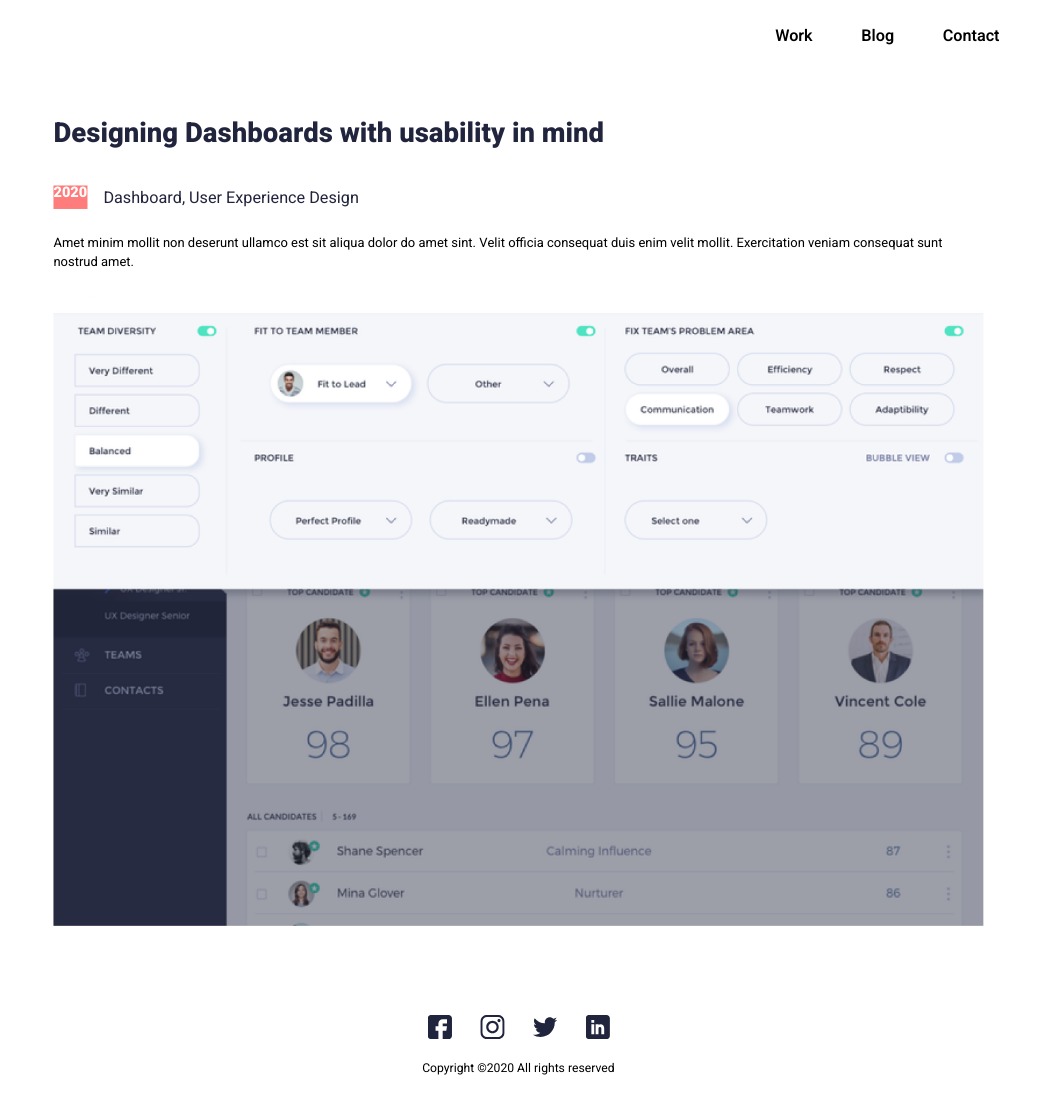
Repository: sharma171/portfolio
Page: /detailed
An editor plug-in stored every save of this project. The page is shown before and after the next save, followed by the edit.
The browser window is 1280 px wide. The pictures show the whole page, at 81% of full size.
The project was rebuilt for these pictures with package versions that can differ from the ones it lists, and the page was loaded fresh each time. The framework's server and built-in components were replaced by stand-ins that run in the browser. Also part of the build but not shown: next.config.mjs.

Above is the page before, as saved 2024-06-02 17:56:12.

### src/app/layout.js

import "./globals.css";


export const metadata = {
  title: "Portfolio Website",
  description: "Blogging and projects site",
};

export default function RootLayout({ children }) {
  return (
    <html lang="en">
      <body>{children}</body>
    </html>
  );
}

### src/app/detailed/layout.jsx
import "../../app/globals.css";

export const metadata = {
    title: "Portfolio Website",
    description: "Blogging and projects site",
};

export default function RootLayout({ children}) {
    return (
        <html lang="en">
            <body>
                {children}
            </body>
        </html>
    );
}

### src/app/detailed/page.jsx
import React from "react";
import Image from "next/image";
import "../page.css"
import Header from "../../components/Header"
import Footer from "../../components/Footer"
import Featured1 from "../../../public/work/detailedOne.png";

export default function DetailPage() {
    return (
        <>
        <Header />
        <section className="detailed">
            <div className="container">
                <div className="detailed-inner">
                    <h1 className="main-heading">
                    Designing Dashboards with usability in mind
                    </h1>
                    <div className="det-row">
                        <span className="date">2020</span>
                        <span className="topic">Dashboard, User Experience Design</span>
                    </div>
                    <h2 className="subheading">
                        Amet minim mollit non deserunt ullamco est sit aliqua dolor do amet sint. Velit officia consequat duis enim velit mollit. Exercitation veniam consequat sunt nostrud amet.
                    </h2>
                    <Image src={Featured1} alt="featured" className="full-w-thumb" />
                    <h1></h1>
                </div>
            </div>
        </section>
        <Footer />
        </>
    );
}

### src/app/globals.css
@import url('https://fonts.googleapis.com/css2?family=Heebo:wght@100..900&display=swap');

:root {
  --max-width: 1180px;
  --border-radius: 12px;
  --font-mono: ui-monospace, Menlo, Monaco, "Cascadia Mono", "Segoe UI Mono",
    "Roboto Mono", "Oxygen Mono", "Ubuntu Monospace", "Source Code Pro",
    "Fira Mono", "Droid Sans Mono", "Courier New", monospace;
  --main-font: "Heebo", sans-serif;
  --weight--300: 300;
  --weight--400: 400;
  --weight--500: 500;
  --weight--600: 600;
  --weight--700: 700;
  --weight--800: 800;
  --weight--900: 900;
  --hero-button: #FF6464;
  --text-color: #21243D;
}

* {
  box-sizing: border-box;
  padding: 0;
  margin: 0;
}

html,
body {
  max-width: 100vw;
  overflow-x: hidden;
  font-family: var(--main-font);
}

a {
  color: inherit;
  text-decoration: none;
}
.container {
  max-width: var(--max-width);
  margin: 0 auto;
  padding: 0 1rem;
}
header {
  background: #fff;
}
header .header-logo {
  width: 1rem;
  height: auto;
}
.nav {
  display: flex;
  flex-direction: row;
  justify-content:space-between;
  max-width: 1280px;
  margin: 0 auto;
  padding: 0 1rem;
}
.navMenu {
  display: flex;
  flex-direction: row;
  align-items: center;
}
.navMenu .navLink {
  font-size: 1.25rem;
  font-weight: var(--weight--600);
  color: var(--primary-color);
  margin: 30px;
}
/* ------------------------ Footer ---------------------------------------- */
footer {
  background: #fff;
  padding: 50px 0;
}

footer .footer-inner {
  display: flex;
  flex-direction: column;
  justify-content: center;
  align-items: center;
  gap: 18px;
}
footer .social-row {
  display: flex;
  flex-direction: row;
  justify-content: space-between;
  align-items: center;
  gap: 35px;
}
footer .social-row .social .social-img {
  width: 30px;
  image: 30px;
}
footer .footer-inner .copyright {
  font-size: 15px;
}

### src/app/page.css
.main {
  display: flex;
  flex-direction: column;
  min-height: 100vh;
}
/* ----------------- hero section ----------------- */
.hero .hero-row {
  display: flex;
  flex-direction: row;
}
.hero .hero-lhs {
  width: 70%;
}
.hero .hero-lhs .hero-cta {
  display: flex;
  flex-direction: column;
  gap: 40px;
  margin-top: 140px;
  margin-bottom: 70px;
}
.hero .hero-lhs .hero-cta .main-head {
  font-size: 44px;
  line-height: 3.75rem;
  font-weight: 700;
}
.hero .hero-lhs .hero-cta .sub-head {
  font-size: 16px;
  line-height: 1.5rem;
  font-weight: 400;
  max-width: 500px;
}
.hero .hero-lhs .hero-cta .cta-button {
  padding: 14px 20px;
  font-size: 1.15rem;
  line-height: 19px;
  font-weight: 500;
  font-family: "Heebo", sans-serif;
  margin-right: auto;
  background: var(--hero-button);
  color: #fff;
  border: none;
}
.hero .hero-rhs {
  width: 30%;
  display: flex;
  justify-content: flex-start;
  align-items: center;
}
.hero .hero-rhs .hero-img {
  position: relative;
}
.hero .hero-rhs .hero-img .image {
  width: 283px;
  height: 283px;
  z-index: 1;

}
.hero .hero-rhs .hero-img::after {
  content: "";
  position: absolute;
  top: 13px;
  left: -5px;
  width: 283px;
  height: 283px;
  background: #EDF7FA;
  z-index: -1;
  border-radius: 300px;
}

/* -------------------------  Home Blog Section --------------------------------------- */

.home-blog {
  background: #EDF7FA;
}
.home-blog .blog-head {
  display: flex;
  flex-direction: row;
  justify-content: space-between;
  align-items: center;
  margin-top: 7px;
}
.home-blog .blog-head .heading {
  font-size: 22px;
  line-height: 60px;
  font-weight: 400;
  color: var(--text-color);
}
.home-blog .blog-head .more-link {
  font-size: 16px;
  font-weight: 400;
  color: #00A8CC;
}

/* ----------------------- Blog Carousel ----------------------------------------- */
.blog-carousel .blog-image {
  display: none;
}
.blog-carousel {
  display: flex;
  flex-direction:row;
  overflow: hidden;
  max-width: 100%;
  padding-bottom: 32px;
}
.blog-carousel .blog-item {
  background-color: #fff;
  box-shadow: #bbe1fa3d 0 4px 10px 0;
  padding: 25px;
  display: flex;
  flex-direction: column;
  gap: 25px;
}
.blog-carousel .blog-item:nth-child(odd){
  margin-right: 10px;
}
.blog-carousel .blog-item:nth-child(even) {
  margin-left: 10px;
}
.blog-carousel .blog-item .blog-item-head {
  /* margin-bottom: 17px; */
}
.blog-carousel .blog-item .blog-item-head .head {
  font-size: 32px;
  line-height: 1.3em;
  font-weight: 700;
  color: var(--text-color);
}
.blog-carousel .blog-info {
  display: flex;
  flex-direction: row;
  gap: 25px;
  /* margin-bottom: 11px; */
}
.blog-carousel .blog-info .divline {
  width: 1px;
  height: 15.799999999999958px;
  margin-top: 4px;
  background: var(--text-color);
}
.blog-carousel .blog-info .date {
  font-size: 18px;
  line-height: 26px;
  color: var(--text-color);
  font-weight: 400;
}
.blog-carousel .blog-info .author {
  font-size: 18px;
  line-height: 26px;
  color: var(--text-color);
  font-weight: 400;
}
.blog-carousel .blog-info .blog-para .para{
  font-size: 16px;
  line-height: 24px;
  color: var(--text-color);
  font-weight: 400;
}

/* ---------------------------- Featured Works -------------------------------------------------------------------- */

.featured-home {
  background: #fff;
}
.featured-home .top-heading {
  display: flex;
  flex-direction: row;
  justify-content: space-between;
  align-items: center;
  margin-top: 17px;
  margin-bottom: 22px;
}
.featured-home .top-heading .head {
  font-size: 22px;
  color: var(--text-color);
  line-height: 60px;
  font-weight: 500;
}
.workcards {
  display: flex;
  flex-direction: column;
  gap: 40px;
  padding-bottom: 80px;
}
.workcards .card-item {
  display: flex;
  flex-direction: row;
  position: relative;
}
.workcards .card-item::after{
  content: "";
  position: absolute;
  top: calc(100% + 20px);
  left: 0;
  width: 100%;
  height: 1px;
  background: #E0E0E0;
}
.workcards .card-item .card-thumb {
  width: 250px;
  height: 180px;
  margin-right: 18px;
}
.workcards .card-item .card-thumb .thumb-img {
  width: 250px;
  height: 180px;
  object-fit: cover;
  border-radius:6px;
}
.workcards .card-item .card-info {
  display: flex;
  flex-direction: column;
  margin-left: 18px;
  gap: 24px;
}
.workcards .card-item .card-info .heading {
  font-size: 32px;
  font-weight: 800;
  line-height: 30px;
  color: var(--text-color);
}
.workcards .card-item .card-info .info-row {
  display: flex;
  flex-direction: row;
  gap: 25px;
}
.workcards .card-item .card-info .info-row .date {
  font-size: 18px;
  line-height: 17px;
  font-weight: 900;
  padding: 6px 10px 5px 10px;
  border-radius: 16px;
  color: #fff;
  background: #142850;
}
.workcards .card-item .card-info .info-row .topic {
  font-size: 20px;
  color: #8695A4;
}
.workcards .card-item .card-info .info-para {
  font-size: 18px;
  line-height: 24px;
  color: #21243D;
  font-weight: 400;
  width: 90%;
}
/* ------------------------------ Category Pages -------------- */
.work-category .container {
  max-width: 900px;
}
.blog-category .container {
  max-width: 900px;
}
.cat-head {
  padding-top: 80px;
  padding-bottom: 25px;
}
.cat-head h3 {
  font-size: 44px;
  line-height: 60px;
  font-weight: 700;
}
.blog-cards {
  display: flex;
  flex-direction: column;
  gap: 60px;
  padding-bottom: 80px;
}
.blog-cards .card-item {
  display: flex;
  flex-direction: column;
  gap: 10px;
  position: relative;
}
.blog-cards .card-item::after {
  content: "";
  position: absolute;
  top: calc(100% + 30px);
  left: 0;
  width: 100%;
  height: 1px;
  background: #E0E0E0;
}
.blog-cards .card-item .info-row .width-div {
  width: 1px;
  height: 15.799999999999958px;
  margin-top: 4px;
  background: var(--text-color);
}
.blog-cards .card-item .heading {
  font-size: 30px;
  font-weight: 600;
  line-height: 44px;
  color: var(--text-color);
}
.blog-cards .card-item .info-row {
  display: flex;
  flex-direction: row;
  gap: 20px;
}
.blog-cards .card-item .info-row .date {
  font-size: 20px;
  line-height: 29px;
  color: var(--text-color);
  font-weight: 400;
}
.blog-cards .card-item .info-row .topic {
  font-size: 20px;
  line-height: 29px;
  color: #8695A4;
  font-weight: 400;
}
.blog-cards .card-item .info-para {
  font-size: 16px;
  line-height: 24px;
  color: var(--text-color);
}
/* --------------------------- Detailed Page ------------------------------------------------------------- */
.detailed .detailed-inner {
  display: flex;
  flex-direction: column;
  gap: 30px;
  padding-top: 50px;
  padding-bottom: 30px;
}
.detailed .detailed-inner .main-heading {
  font-size: 34px;
  line-height: 50px;
  font-weight: 800;
  margin-bottom: 10px;
  color: var(--text-color);
}
.detailed .detailed-inner .det-row {
  display: flex;
  flex-direction: row;
  gap: 20px;
}
.detailed .detailed-inner .det-row .date {
  font-size: 18px;
  font-weight: 800;
  color:#fff;
  line-height: 17px;
  background: #FF7C7C;
}
.detailed .detailed-inner .det-row .topic {
  font-size: 20px;
  line-height: 29px;
  font-weight: 400;
  color: var(--text-color);
}
.detailed .detailed-inner .subheading {
  font-size: 16px;
  line-height: 24px;
  color: #000;
  font-weight: 400;
}
.detailed .detailed-inner .full-w-thumb {
  width: 100%;
  height:auto;
  aspect-ratio: 680/460;
}

### src/components/Header.jsx
import React from "react";
import "../app/globals.css";

const navLink = [
    {
        name: "Work",
        link: "/"
    },
    {
        name: "Blog",
        link: "/blog"
    },
    {
        name: "Contact",
        link: "/contact"
    },
]

const Header = () => {
    return(
        <header>
            <nav className="nav">
                <a href="/">

                </a>
                <div className="navMenu">
                    {navLink.map((item, index) => (
                        <a href={item.link} className="navLink" key={index}>{item.name}</a>
                    ))}
                </div>
            </nav>
        </header>
    )
}

export default Header;

### src/components/Footer.jsx
import React from "react";

import Image from "next/image"

import FacebookIcon from "../../public/social/facebook.svg"
import InstagramIcon from "../../public/social/instagram.svg"
import TwitterIcon from "../../public/social/twitter.svg"
import LinkedinIcon from "../../public/social/Linkedin.svg"

const Footer = () => {
    return(
        <>
        <footer>
            <div className="container">
                <div className="footer-inner">
                    <div className="social-row">
                        <a href="" className="social">
                            <Image src={FacebookIcon} alt="icon" className="social-img" />
                        </a>
                        <a href="" className="social">
                            <Image src={InstagramIcon} alt="icon" className="social-img" />
                        </a>
                        <a href="" className="social">
                            <Image src={TwitterIcon} alt="icon" className="social-img" />
                        </a>
                        <a href="" className="social">
                            <Image src={LinkedinIcon} alt="icon" className="social-img" />
                        </a>
                    </div>
                    <span className="copyright">
                        Copyright ©2020 All rights reserved
                    </span>
                </div>
            </div>
        </footer>
        </>
    )
};
export default Footer;

After the next save:
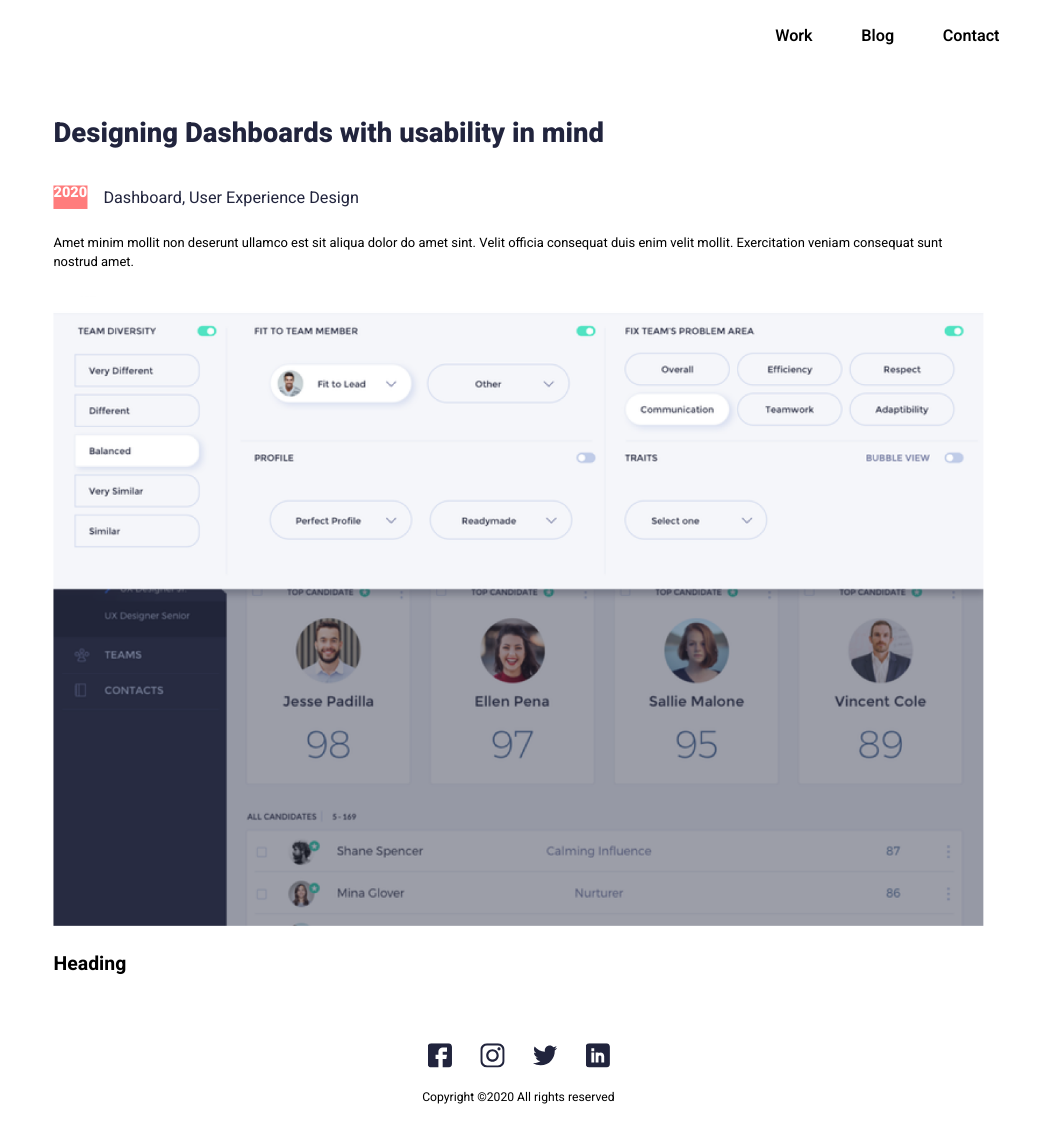
Saved 7 s later.
--- a/src/app/detailed/page.jsx
+++ b/src/app/detailed/page.jsx
@@ -23,7 +23,7 @@ export default function DetailPage() {
                         Amet minim mollit non deserunt ullamco est sit aliqua dolor do amet sint. Velit officia consequat duis enim velit mollit. Exercitation veniam consequat sunt nostrud amet.
                     </h2>
                     <Image src={Featured1} alt="featured" className="full-w-thumb" />
-                    <h1></h1>
+                    <h1>Heading</h1>
                 </div>
             </div>
         </section>
